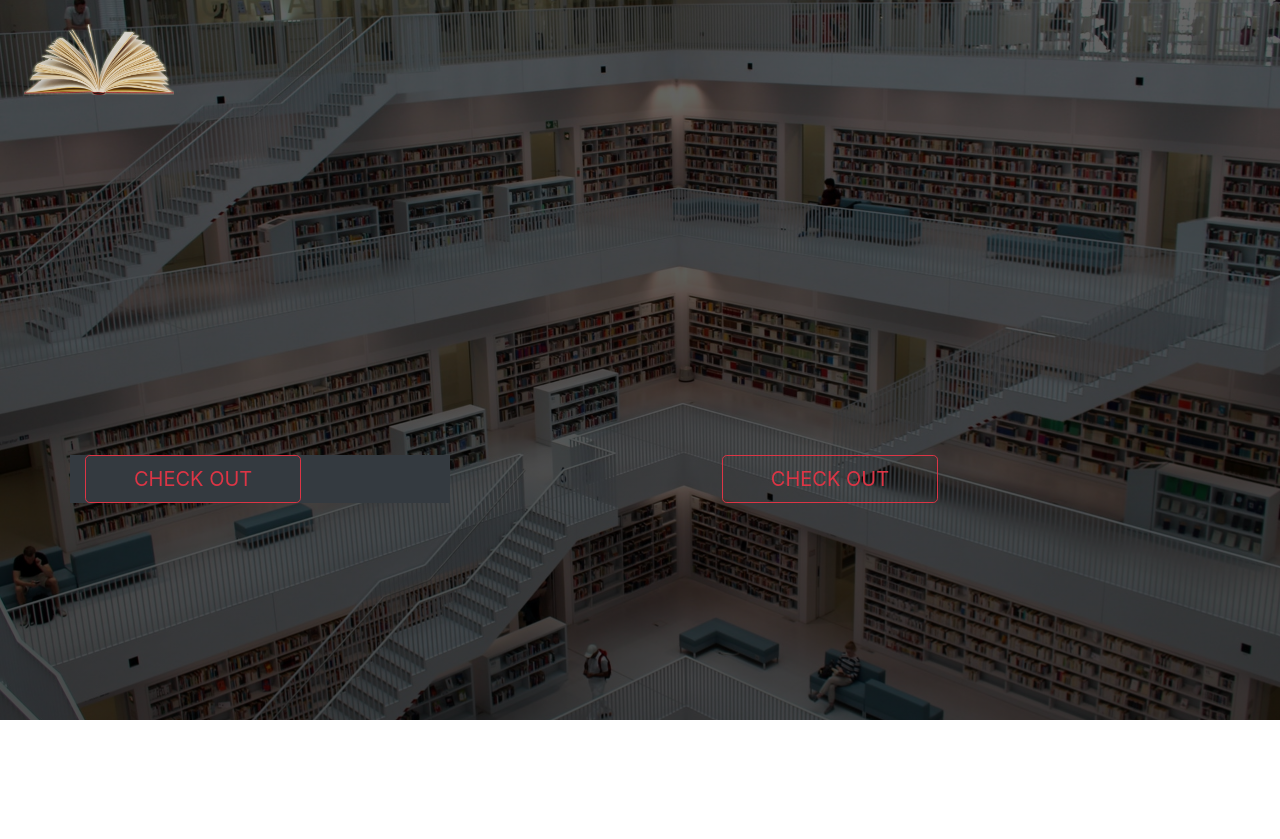
Repository: imedakrouti/BookStore
Page: index.html
The author's editor kept a copy of each file at every save. The page is drawn from the files as they stood at one save, then again after the next save.
The browser window is 1280 px wide. The pictures show the whole page.
Backgrounds fixed to the window are drawn as part of the page. Some web libraries are served in a nearby version.

Above is the page before, as saved 2020-05-05 16:58:25.

After the next save:
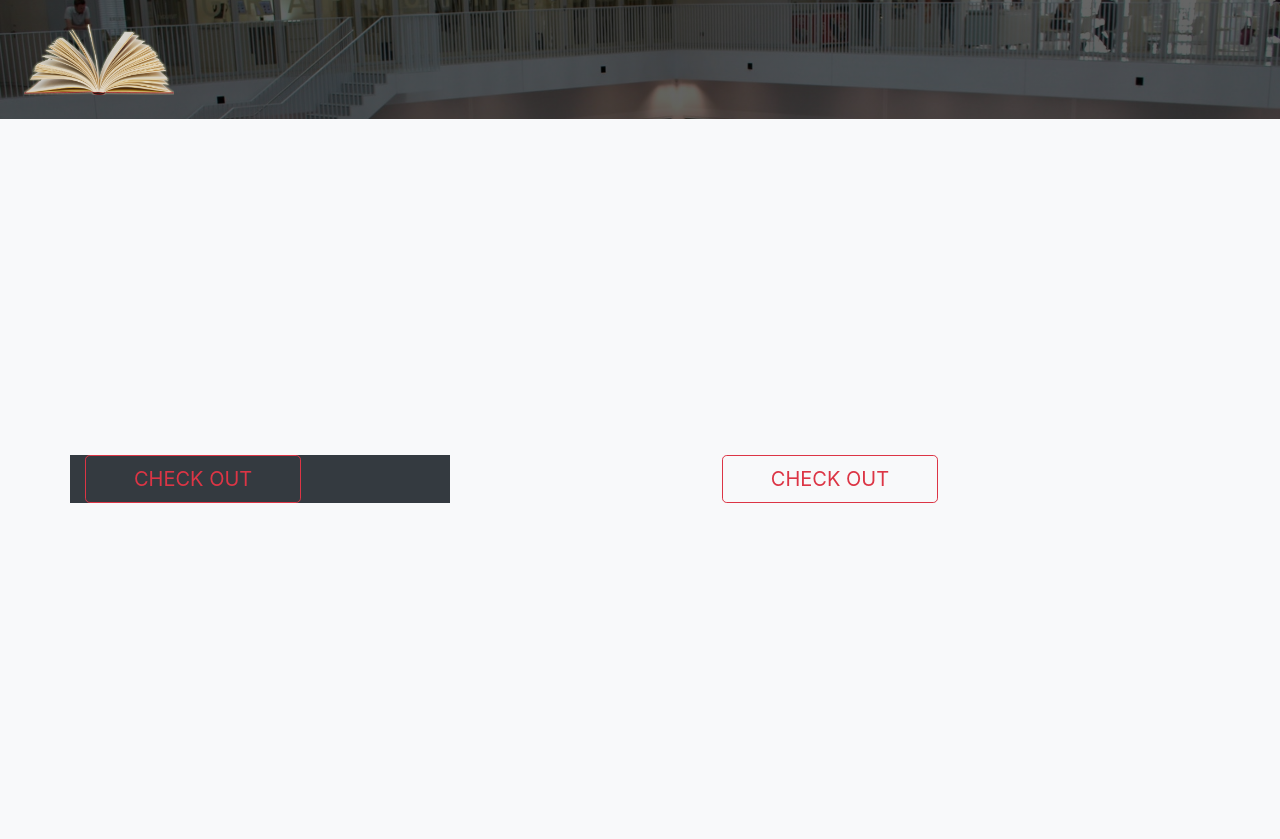
Saved 14 s later.
--- a/index.html
+++ b/index.html
@@ -21,7 +21,7 @@
             <a href=""><img src="images/img/book.png"width="150px" class="img-fluid m-4" alt=""></a>
         </div>
         <!-- Hero -->
-       <div class="hero">
+       <div class="hero bg-light">
            <div class="container">
 <div class="row">
     <div class="col-md-4 bg-dark">

After the save that followed:
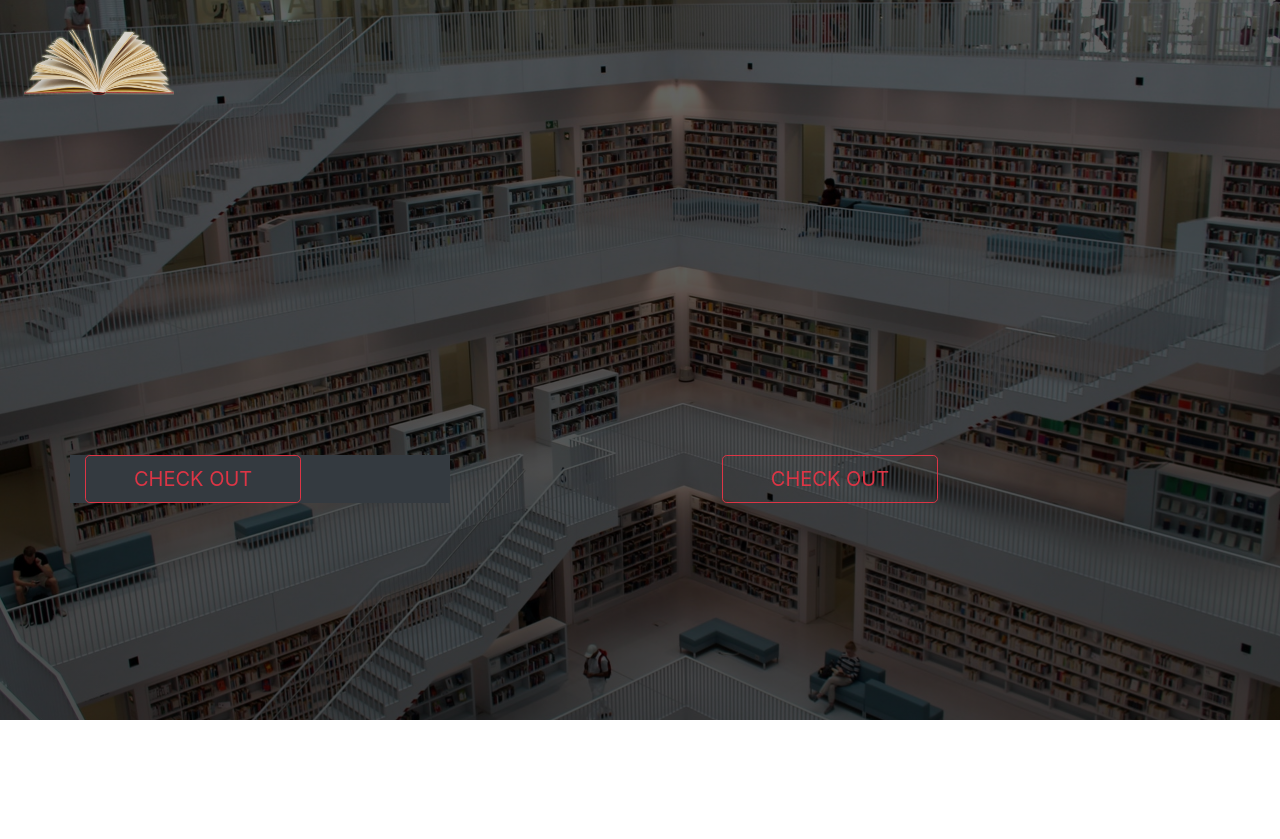
Saved 10 s later.
--- a/index.html
+++ b/index.html
@@ -21,7 +21,7 @@
             <a href=""><img src="images/img/book.png"width="150px" class="img-fluid m-4" alt=""></a>
         </div>
         <!-- Hero -->
-       <div class="hero bg-light">
+       <div class="hero">
            <div class="container">
 <div class="row">
     <div class="col-md-4 bg-dark">
